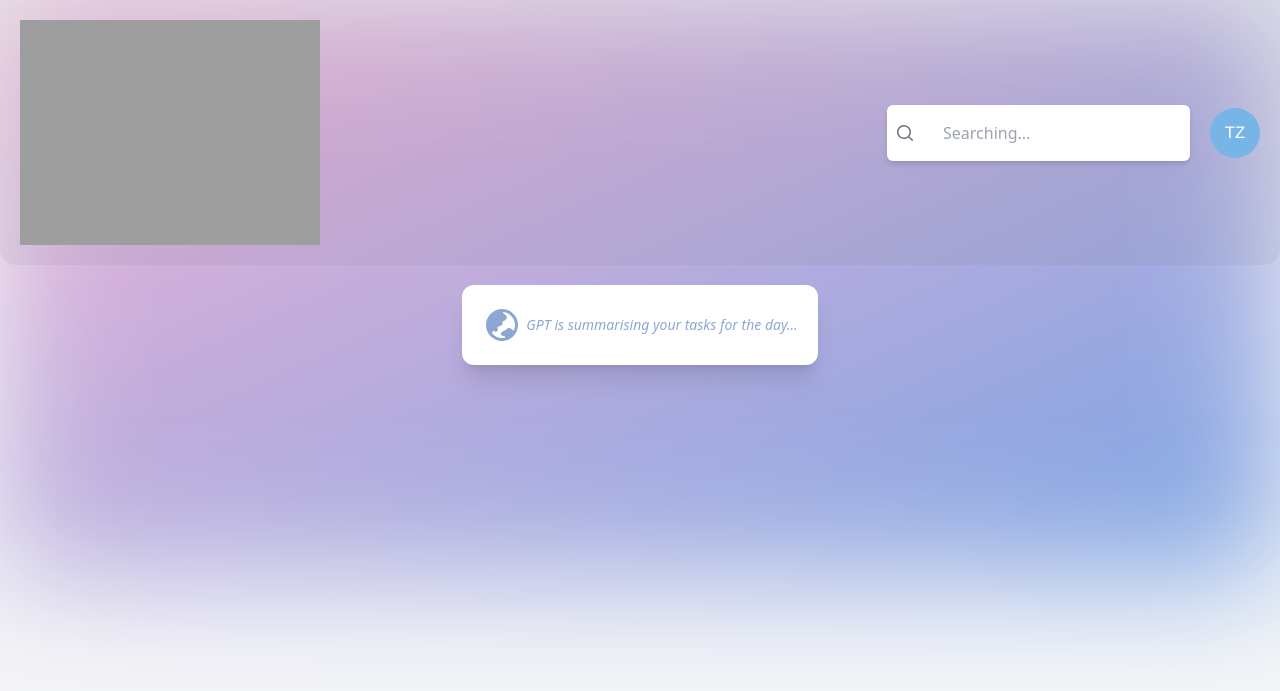
Repository: Tracy-maker/Kban
Page: /
An editor plug-in stored every save of this project. The page is shown before and after the next save, followed by the edit.
The browser window is 1280 px wide. The pictures show the whole page.
Pictures or frames that could not be fetched are drawn as grey boxes. The page's requests for data from a server got no answer. The project was rebuilt for these pictures with package versions that can differ from the ones it lists, and the page was loaded fresh each time. The framework's server and built-in components were replaced by stand-ins that run in the browser. No one was signed in, and anything a server would have sent is missing. Also part of the build but not shown: next.config.js, components/TaskTypeRadioGroup/TaskTypeRadioGroup.tsx, lib/getUrl.ts, components/TodoCard/TodoCard.tsx, components/Column/Column.tsx.

Above is the page before, as saved 2023-10-30 12:41:16.

### app/layout.tsx
import Modal from "@/components/Modal/Modal";
import "./globals.css";
import type { Metadata } from "next";
import { Inter } from "next/font/google";

const inter = Inter({ subsets: ["latin"] });

export const metadata: Metadata = {
  title: "Kanban Board",
  description: "Generated by the Yix",
};

export default function RootLayout({
  children,
}: {
  children: React.ReactNode;
}) {
  return (
    <html lang="en">
      <body suppressHydrationWarning={true} className="bg-[#F5F6F8]">
        {children}
        <Modal />
      </body>
    </html>
  );
}

### app/page.tsx
import Board from "@/components/Board/Board";
import Header from "@/components/Header/Header";

export default function Home() {
  return (
    <main>
      <Header />
      <Board />
    </main>
  );
}

### components/Modal/Modal.tsx
"use client";
import { FormEvent, Fragment, useRef } from "react";
import { Dialog, Transition } from "@headlessui/react";
import { useModalStore } from "@/store/ModalStore";
import { useBoardStore } from "@/store/BoardStore";
import TaskTypeRadioGroup from "../TaskTypeRadioGroup/TaskTypeRadioGroup";
import Image from "next/image";
import { PhotoIcon } from "@heroicons/react/20/solid";

function Modal() {
  const imagePickerRef = useRef<HTMLInputElement>(null);
  const [addTask, image, setImage, newTaskInput, setNewTaskInput,newTaskType] =
    useBoardStore((state) => [
      state.addTask,
      state.image,
      state.setImage,
      state.newTaskInput,
      state.setNewTaskInput,
      state.newTaskType,
    ]);

  const [isOpen, closeModal] = useModalStore((state) => [
    state.isOpen,
    state.closeModal,
  ]);

  const handleSubmit = (e: FormEvent<HTMLFormElement>) => {
    e.preventDefault();
    if (!newTaskInput) return;

    addTask(newTaskInput,newTaskType,image);
    setImage(null);
    closeModal();
  };
  return (
    <Transition appear show={isOpen} as={Fragment}>
      <Dialog
        as="form"
        onSubmit={handleSubmit}
        className="relative z-10"
        onClose={closeModal}
      >
        <Transition.Child
          as={Fragment}
          enter="ease-out duration-300"
          enterFrom="opacity-0"
          enterTo="opacity-100"
          leave="ease-in duration-200"
          leaveFrom="opacity-100"
          leaveTo="opacity-0"
        >
          <div className="fixed inset-0 bg-black bg-opacity-25" />
        </Transition.Child>
        <div className="fixed inset-0 overflow-y-auto">
          <div className="flex min-h-full items-center justify-center p-4 text-center">
            <Transition.Child
              as={Fragment}
              enter="ease-out duration-300"
              enterFrom="opacity-0"
              enterTo="opacity-100"
              leave="ease-in duration-200"
              leaveFrom="opacity-100"
              leaveTo="opacity-0"
            >
              <Dialog.Panel className="w-full max-w-md transform overflow-hidden rounded-2xl bg-white p-6 text-left align-middle shadow-xl transition-all">
                <Dialog.Title
                  as="h3"
                  className="text-lg font-medium leading-6 pb-2 text-gray-900"
                >
                  Add a Task
                </Dialog.Title>
                <div className="mt-2">
                  <input
                    type="text"
                    value={newTaskInput}
                    onChange={(e) => setNewTaskInput(e.target.value)}
                    placeholder="Enter a task here..."
                    className="w-full border border-gray-300 rounded-md outline-none p-5"
                  />
                </div>
                <TaskTypeRadioGroup />

                <div className="mt-2">
                  <button
                    onClick={() => {
                      imagePickerRef.current?.click();
                    }}
                    className="w-full border border-gray-300 rounded-md outline-none p-5 focus-visible:ring-2 focus-visible:ring-blue-500 focus-visible:ring-offset-2"
                  >
                    <PhotoIcon className="h-6 w-6 mr-2 inline-block" />
                    Upload Image
                  </button>

                  {image && (
                    <Image
                      alt="Uploaded Image"
                      width={200}
                      height={200}
                      className="w-full h-44 object-cover mt-2 filter
                      hover:grayscale transtiton-all duration-150
                      cursor-not-allowed"
                      src={URL.createObjectURL(image)}
                      onClick={() => {
                        setImage(null);
                      }}
                    />
                  )}

                  <input
                    type="file"
                    ref={imagePickerRef}
                    hidden
                    onChange={(e) => {
                      if (!e.target.files![0].type.startsWith("image/")) return;
                      setImage(e.target.files![0]);
                    }}
                  />
                </div>
                <div>
                  <button
                    type="submit"
                    disabled={!newTaskInput}
                    className="inline-flex justify-center rounded-md border border-transparent bg-blue-100 px-4 py-2
    text-sm font-medium text-blue-900 hover:bg-blue-200 focus:outline-none focus-visible:ring-2 focus-visible:ring-blue-500 focus-visible:ring-offset-2 disabled:bg-gray-100 disabled:text-gray-300
    disabled:cursor-not-allowed"
                  >
                    Add Task
                  </button>
                </div>
              </Dialog.Panel>
            </Transition.Child>
          </div>
        </div>
      </Dialog>
    </Transition>
  );
}
export default Modal;

### components/Board/Board.tsx
"use client";
import { useBoardStore } from "@/store/BoardStore";
import { useEffect } from "react";
import { DragDropContext, DropResult, Droppable } from "react-beautiful-dnd";
import Column from "@/components/Column/Column";
import { TColumn } from "@/typings";

function Board() {
  const [board, getBoard, setBoardState, updateTodoInDB] = useBoardStore(
    (state) => [
      state.board,
      state.getBoard,
      state.setBoardState,
      state.updateTask,
    ]
  );

  useEffect(() => {
    getBoard();
  }, [getBoard]);

  const handleOnDragEnd = (result: DropResult) => {
    const { destination, source, type } = result;
    // check if user dragged card outside of the board
    if (!destination) return;

    // handle column drag
    if (type === "column") {
      const entries = Array.from(board.columns.entries());
      const [removed] = entries.splice(source.index, 1);
      entries.splice(destination.index, 0, removed);
      const rearrangedColumns = new Map(entries);
      setBoardState({ ...board, columns: rearrangedColumns });
    }

    const columns = Array.from(board.columns.entries());
    const startColIndex = columns[Number(source.droppableId)];
    const finishedColIndex = columns[Number(destination.droppableId)];

    const startCol: TColumn = {
      id: startColIndex[0],
      todos: startColIndex[1].todos,
    };
    const finishCol: TColumn = {
      id: finishedColIndex[0],
      todos: finishedColIndex[1].todos,
    };

    if (!startCol || !finishCol) return;

    if (source.index === destination.index && startCol.id === finishCol.id)
      return;

    const newTodos = startCol.todos;
    const [todoMoved] = newTodos.splice(source.index, 1);

    if (startCol.id === finishCol.id) {
      newTodos.splice(destination.index, 0, todoMoved);
      const newCol: TColumn = {
        id: startCol.id,
        todos: newTodos,
      };

      const newColumns = new Map(board.columns);
      newColumns.set(startCol.id, newCol);
      setBoardState({ ...board, columns: newColumns });
    } else {
      const finishTodos = Array.from(finishCol.todos);
      finishTodos.splice(destination.index, 0, todoMoved);

      const newColumns = new Map(board.columns);
      const newCol: TColumn = {
        id: startCol.id,
        todos: newTodos,
      };

      newColumns.set(startCol.id, newCol);
      newColumns.set(finishCol.id, {
        id: finishCol.id,
        todos: finishTodos,
      });

      updateTodoInDB(todoMoved, finishCol.id);

      setBoardState({ ...board, columns: newColumns });
    }
  };

  return (
    <DragDropContext onDragEnd={handleOnDragEnd}>
      <Droppable droppableId="board" direction="horizontal" type="column">
      {(provided) => (
          <div className="grid grid-cols-1 md:grid-cols-3 gap-5 max-w-7xl mx-auto"
          {...provided.droppableProps}
          ref={provided.innerRef}>
            {Array.from(board.columns.entries()).map(([id, column], i) => (
              <Column key={id} id={id} todos={column.todos} index={i} />
            ))}
            {provided.placeholder}
          </div>
        )}
      </Droppable>
    </DragDropContext>
  );
}
export default Board;

### components/Header/Header.tsx
"use client";
import { useEffect, useState } from "react";
import Image from "next/image";
import { GlobeAsiaAustraliaIcon, MagnifyingGlassIcon, } from "@heroicons/react/20/solid";
import Avatar from "react-avatar";
import { useBoardStore } from "@/store/BoardStore";
import fetchSuggestion from "@/lib/fetchSuggesion";

function Header() {
  const [board, searchString, setSearchString] = useBoardStore((state) => [
    state.board,
    state.searchString,
    state.setSearchString,
  ]);

  const [loading, setLoading] = useState<boolean>(false);
  const [suggestion, setSuggestion] = useState<string>("");

  useEffect(() => {
    if (board.columns.size === 0) return;
    setLoading(true);

    const fetchSuggestionFunc = async () => {
      const suggestion = await fetchSuggestion(board);
      setSuggestion(suggestion);
      setLoading(false);
    };
    fetchSuggestionFunc();
  }, [board]);

  return (
    <header>
      <div className="flex flex-col md:flex-row items-center p-5 bg-gray-500/10 rounded-b-2xl">
        <div className="absolute top-0 left-0 w-full h-4/5 bg-gradient-to-br from-pink-400 to-[#0055D1] rounded-md filter blur-3xl opacity-50 -z-50" />

        <Image
          className="w-46 md:w-62 pb-10 md:pb-0 object-contain"
          src="https://i.ibb.co/72x6hgk/todolist-Logo.png"
          alt="kanBan Logo"
          width={300}
          height={200}
        />
        <div className="flex items-center space-x-5 flex-1 justify-end w-full">
          <form className="flex items-center space-x-5 bg-white rounded-md p-2 shadow-md flex-1 md:flex-initial">
            <MagnifyingGlassIcon className="w-5 h-5 text-gray-500" />
            <input
              type="text"
              placeholder="Searching..."
              value={searchString}
              onChange={(e) => setSearchString(e.target.value)}
              className="flex-1 outline-none p-2"
            />
            <button type="submit" hidden>
              Search
            </button>
          </form>
          <Avatar name="Tracy Z" round size="50" color="#78b5e7" />
        </div>
      </div>
      <div className="flex items-center justify-center px-5 py-2 md:py-5">
        <p className="flex items-center p-5 text-sm font-light pr-5 shadow-xl rounded-xl w-fit bg-white italic max-w-3xl text-[#8ca8d2]">
          <GlobeAsiaAustraliaIcon className={`inline-block h-10 w-10 mr-1 ${loading && 'animate-spin'}`} />
          {suggestion && !loading ? suggestion : 'GPT is summarising your tasks for the day...'}
        </p>
      </div>

    </header>
  );
}

export default Header;

### store/ModalStore.ts
import { create } from "zustand";

interface ModalState {
  isOpen: boolean;
  openModal: () => void;
  closeModal: () => void;
}

export const useModalStore = create<ModalState>()((set) => ({
  isOpen: false,
  openModal: () => set({ isOpen: true }),
  closeModal: () => set({ isOpen: false }),
}));

### store/BoardStore.ts
import { ID, databases, storage } from "@/appwrite";
import { getTodosGroupedByColumn } from "@/lib/getTodosGroupByColumn";
import uploadImage from "@/lib/uploadImage";
import { TBoard, TColumn, TImage, TTodo, TTypedColumn } from "@/typings";
import { create } from "zustand";

interface IBoardState {
  board: TBoard;
  getBoard: () => void;
  setBoardState: (board: TBoard) => void;

  searchString: string;
  setSearchString: (searchString: string) => void;

  newTaskInput: string;
  setNewTaskInput: (newTaskInput: string) => void;

  newTaskType: TTypedColumn;
  setNewTaskType: (columnId: TTypedColumn) => void;

  image: File | null;
  setImage: (image: File | null) => void;

  addTask: (todo: string, columnId: TTypedColumn, image?: File | null) => void;
  updateTask: (todo: TTodo, columnId: string) => void;
  deleteTask: (todoIndex: number, todo: TTodo, id: TTypedColumn) => void;
}

export const useBoardStore = create<IBoardState>((set, get) => ({
  board: {
    columns: new Map<TTypedColumn, TColumn>(),
  },

  getBoard: async () => {
    const board = await getTodosGroupedByColumn();
    set({ board });
  },

  setBoardState: (board) => set({ board }),

  searchString: '',
  setSearchString: (searchString) => set({ searchString }),

  newTaskInput: '',
  setNewTaskInput: (newTaskInput) => set({ newTaskInput }),

  newTaskType: 'todo',
  setNewTaskType: (columnId) => set({ newTaskType: columnId }),

  image: null,
  setImage: (image) => set({ image }),

  addTask: async (todo, columnId, image) => {
    let file: TImage | undefined;

    if (image) {
      const fileUploaded = await uploadImage(image);
      if (fileUploaded) {
        file = {
          bucketId: fileUploaded.bucketId,
          filedId: fileUploaded.$id,
        };
      }
    }

    const { $id } = await databases.createDocument(process.env.NEXT_PUBLIC_DATABASE_ID!, process.env.NEXT_PUBLIC_TODOS_COLLECTION_ID!, ID.unique(), {
      title: todo,
      status: columnId,
      // include img if exists
      ...(file && { image: JSON.stringify(file) }),
    });

    set({ newTaskInput: '' });

    set((state) => {
      const newColumns = new Map<TTypedColumn, TColumn>(state.board.columns);
      const newTodo: TTodo = {
        $id,
        $createdAt: new Date().toISOString(),
        title: todo,
        status: columnId,
        // include img if exists
        ...(file && { image: file }),
      };
      const column = newColumns.get(columnId);
      if (!column) {
        newColumns.set(columnId, {
          id: columnId,
          todos: [newTodo],
        });
      } else {
        newColumns.get(columnId)?.todos.push(newTodo);
      }
      return { board: { columns: newColumns } };
    });
  },

  updateTask: async (todo, columnId) => {
    await databases.updateDocument(process.env.NEXT_PUBLIC_DATABASE_ID!, process.env.NEXT_PUBLIC_TODOS_COLLECTION_ID!, todo.$id, {
      title: todo.title,
      status: columnId,
    });
  },

  deleteTask: async (todoIndex, todo, id) => {
    const newColumns = new Map(get().board.columns);
    // delete todoId from newColumns
    newColumns.get(id)?.todos.splice(todoIndex, 1);
    set({ board: { columns: newColumns } });

    if (todo.image) {
      await storage.deleteFile(todo.image.bucketId, todo.image.filedId);
    }

    await databases.deleteDocument(process.env.NEXT_PUBLIC_DATABASE_ID!, process.env.NEXT_PUBLIC_TODOS_COLLECTION_ID!, todo.$id);
  },
}));

### lib/fetchSuggesion.ts
import { TBoard } from "@/typings";
import formatTodosForAI from "./formatTodosForAI";

const fetchSuggestion = async (board: TBoard) => {
  const todos = formatTodosForAI(board);

  const res = await fetch("/api/generateSummary", {
    method: "POST",
    headers: {
      "Content-Type": "application/json",
    },
    body: JSON.stringify({ todos }),
  });
  const GPTdata = await res.json();
  const { content } = GPTdata;
  return content;
};
export default fetchSuggestion;

### appwrite.ts
import { Client, Account, ID, Databases, Storage } from "appwrite";

const client = new Client()
  .setEndpoint("https://cloud.appwrite.io/v1")
  .setProject(process.env.NEXT_PUBLIC_APPWRITE_PROJECT_ID!)

const account = new Account(client);
const databases = new Databases(client);
const storage = new Storage(client);

export { client, account, databases, storage, ID };

### lib/getTodosGroupByColumn.ts
import { databases } from "@/appwrite";
import { TBoard, TColumn, TTypedColumn } from "@/typings";

export const getTodosGroupedByColumn = async () => {
  const data = await databases.listDocuments(
    process.env.NEXT_PUBLIC_DATABASE_ID!,
    process.env.NEXT_PUBLIC_TODOS_COLLECTION_ID!
  );
  const todos = data.documents;

  const columns = todos.reduce((acc, todo) => {
    if (!acc.get(todo.status)) {
      acc.set(todo.status, {
        id: todo.status,
        todos: [],
      });
    }
    acc.get(todo.status)!.todos.push({
      $id: todo.$id,
      $createdAt: todo.$createdAt,
      title: todo.title,
      status: todo.status,
      ...(todo.image && { image: JSON.parse(todo.image) }),
    });
    return acc;
  }, new Map<TTypedColumn, TColumn>());

  // if columns doesn't exist, add them with empty todos
  const columnsTypes: TTypedColumn[] = ["todo", "inprogress", "done"];

  for (const columnType of columnsTypes) {
    if (!columns.get(columnType)) {
      columns.set(columnType, {
        id: columnType,
        todos: [],
      });
    }
  }
  console.log(columns);

  //sort columns by columnTypes
  const sortedColumns = new Map(
    Array.from(columns.entries()).sort(
      (a, b) => columnsTypes.indexOf(a[0]) - columnsTypes.indexOf(b[0])
    )
  );

  const board: TBoard = {
    columns: sortedColumns,
  };

  return board;
};

### lib/uploadImage.ts
import { ID, storage } from "@/appwrite";

const uploadImage = async (file: File) => {
  if (!file) return;

  const fileUpload = await storage.createFile(
    process.env.NEXT_PUBLIC_IMAGE_STORAGE_ID!,
    ID.unique(),
    file
  );
  return fileUpload;
};
export default uploadImage;

### lib/formatTodosForAI.ts
import { TBoard, TTodo, TTypedColumn } from "@/typings";

const formatTodosForAI = (board: TBoard) => {
  const todos = Array.from(board.columns.entries());

  const flatArray = todos.reduce((map, [key, value]) => {
    map[key] = value.todos;
    return map;
  }, {} as { [key in TTypedColumn]: TTodo[] });

  const flatArrayCounted = Object.entries(flatArray).reduce(
    (map, [key, value]) => {
      map[key as TTypedColumn] = value.length;
      return map;
    },
    {} as { [key in TTypedColumn]: number }
  );

  return flatArrayCounted;
};
export default formatTodosForAI;

Loaded but not shown: app/globals.css (common file); tailwind.config.ts (common file)

After the next save:
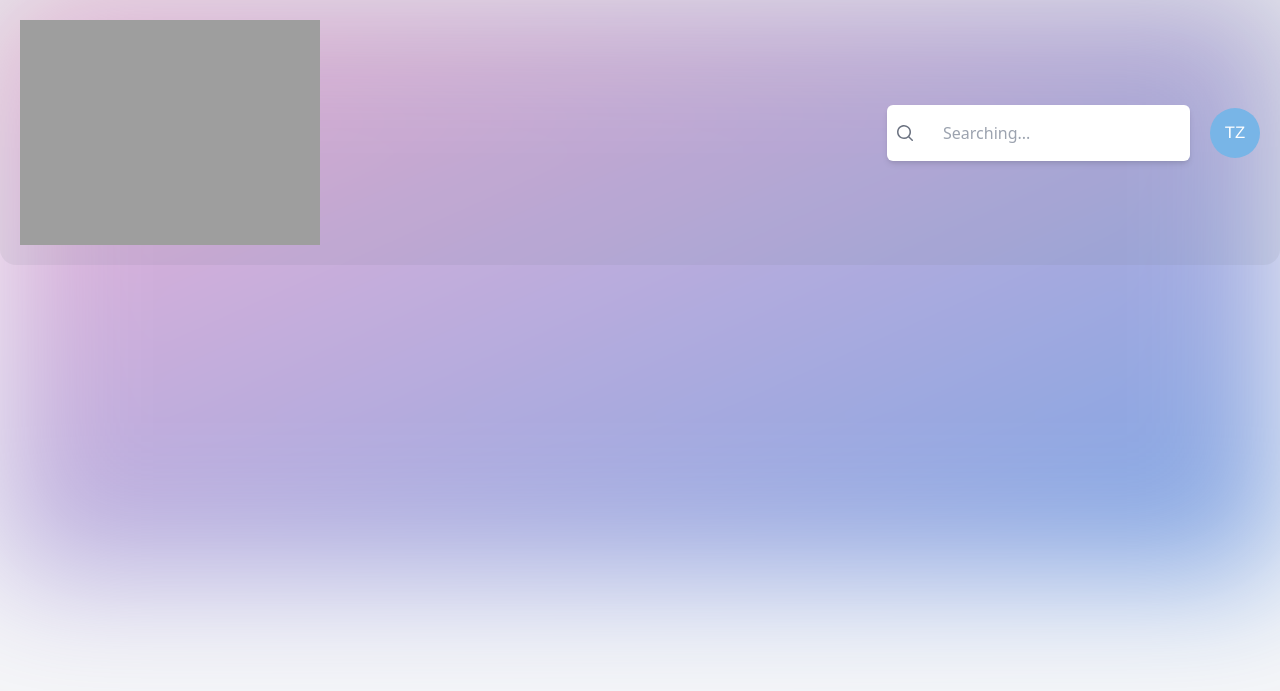
Saved 21 min 24 s later.
--- a/components/Header/Header.tsx
+++ b/components/Header/Header.tsx
@@ -57,13 +57,6 @@ function Header() {
           <Avatar name="Tracy Z" round size="50" color="#78b5e7" />
         </div>
       </div>
-      <div className="flex items-center justify-center px-5 py-2 md:py-5">
-        <p className="flex items-center p-5 text-sm font-light pr-5 shadow-xl rounded-xl w-fit bg-white italic max-w-3xl text-[#8ca8d2]">
-          <GlobeAsiaAustraliaIcon className={`inline-block h-10 w-10 mr-1 ${loading && 'animate-spin'}`} />
-          {suggestion && !loading ? suggestion : 'GPT is summarising your tasks for the day...'}
-        </p>
-      </div>
-
     </header>
   );
 }
